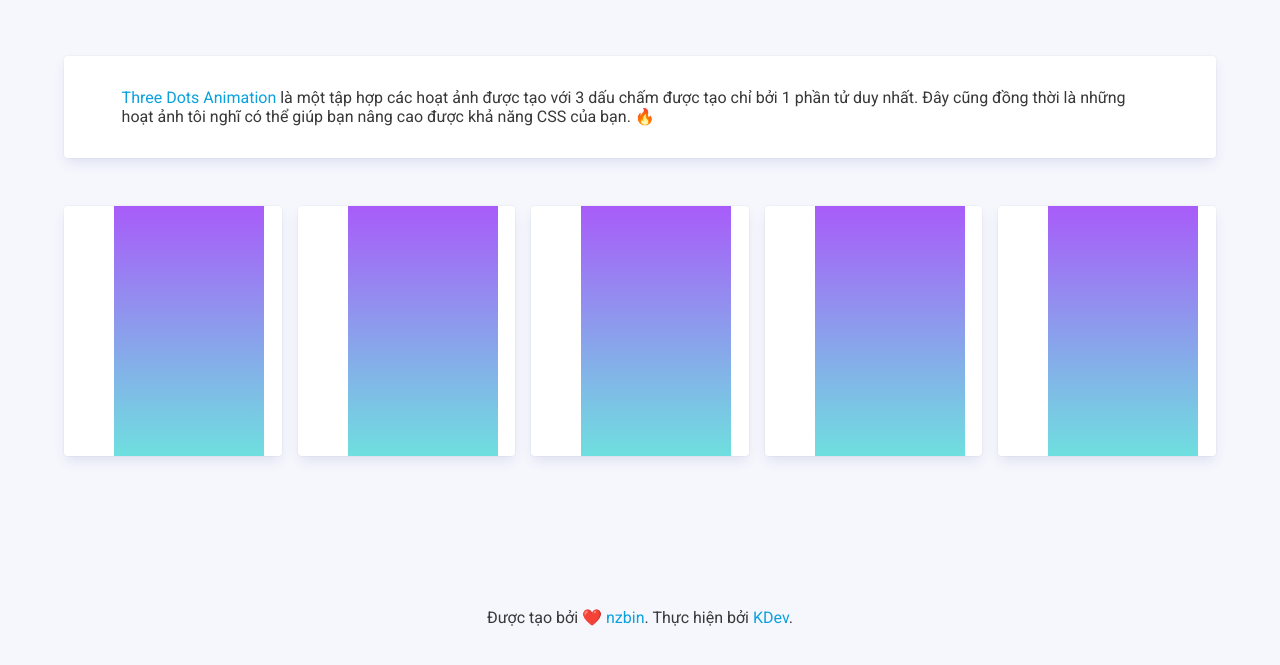
Repository: haokiet2501/lazy-loader-animation
Page: index.html
An editor plug-in stored every save of this project. The page is shown before and after the next save, followed by the edit.
The browser window is 1280 px wide. The pictures show the whole page.
The style sheet was rebuilt from its Sass, Less or Tailwind sources for each picture, by a compiler version that may differ from the author's.

Above is the page before, as saved 2022-05-06 19:57:15.

After the next save:
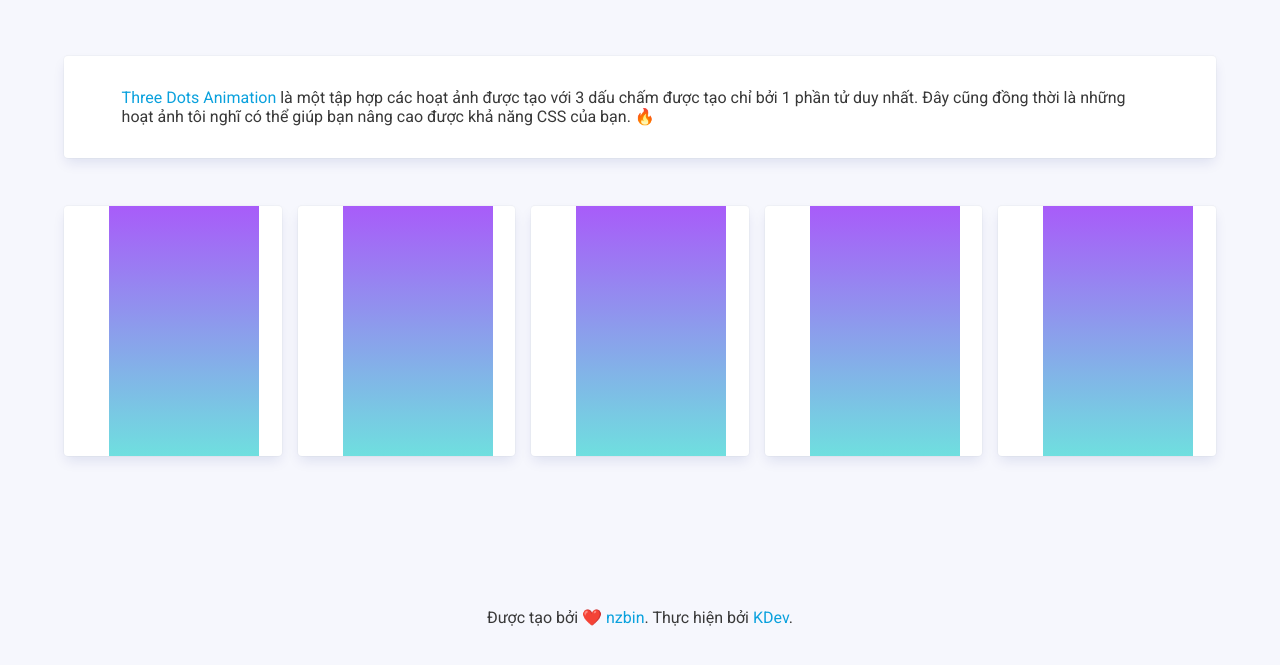
Saved 13 s later.
--- a/sass/styles.scss
+++ b/sass/styles.scss
@@ -30,7 +30,7 @@ $color-line: #50dfdb;
     content: '';
     position: absolute;
     top: 0;
-    left: 50px;
+    left: 45px;
     width: 150px;
     height: 100%;
     background: linear-gradient(#A85CF9, #6FDFDF);
